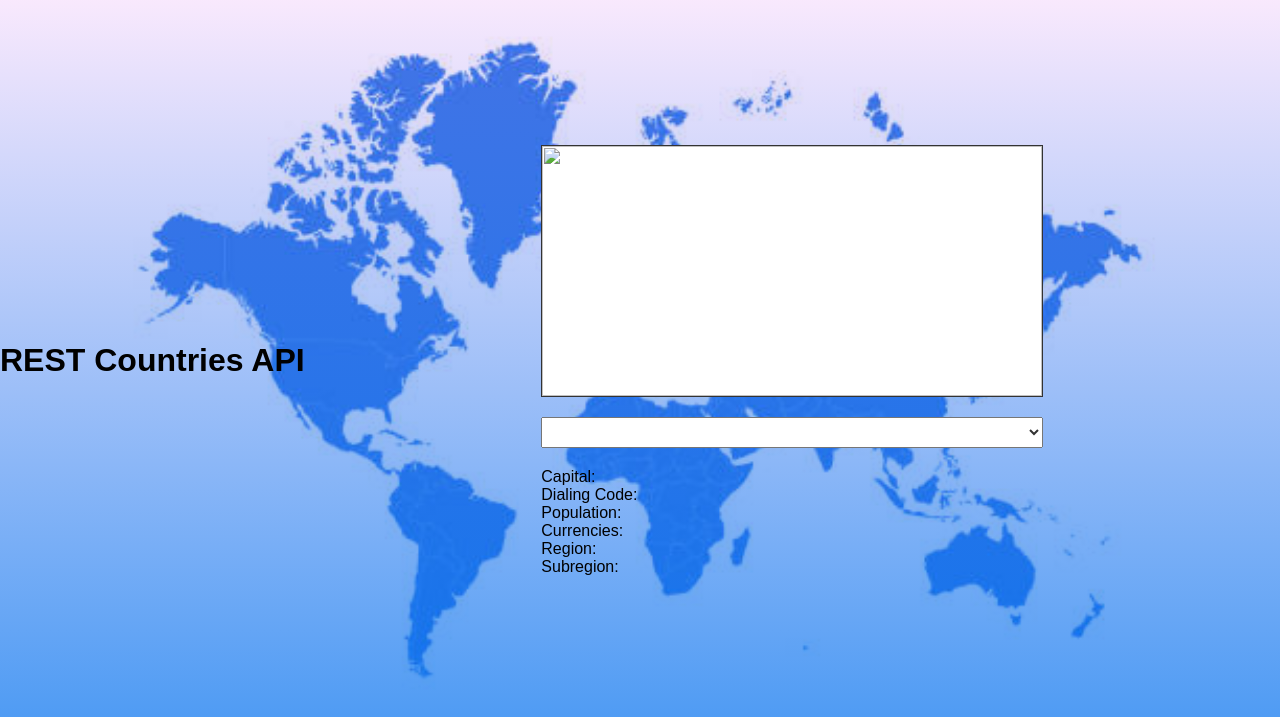
Repository: KhoaTran204/Rest-countries-api-app
Page: index.html
The author's editor kept a copy of each file at every save. The page is drawn from the files as they stood at one save, then again after the next save.
The browser window is 1280 px wide. The pictures show the whole page.
The page's requests for data from a server got no answer.

Above is the page before, as saved 2024-04-14 08:48:17.

After the next save:
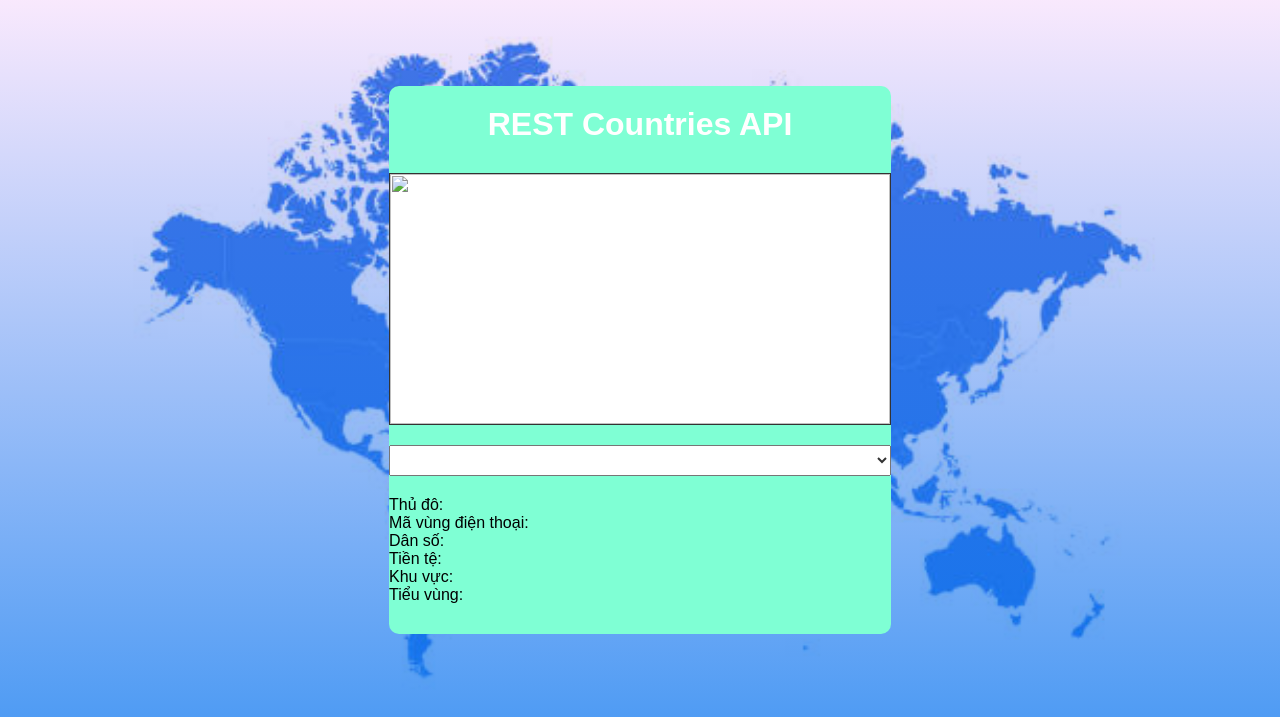
Saved 62 s later.
--- a/index.html
+++ b/index.html
@@ -7,19 +7,23 @@
     <title>Rest Countries API</title>
   </head>
   <body>
-    <h1>REST Countries API</h1>
-    <div id="main-container">
-      <div id="flag-container">
-        <img src="" alt="" />
-      </div>
-      <div id="info-container">
-        <select id="countries"></select>
-        <p>Capital: <span id="capital"></span></p>
-        <p>Dialing Code: <span id="dialing-code"></span></p>
-        <p>Population: <span id="population"></span></p>
-        <p>Currencies: <span id="currencies"></span></p>
-        <p>Region: <span id="region"></span></p>
-        <p>Subregion: <span id="subregion"></span></p>
+    <div class="container">
+      <h1>REST Countries API</h1>
+      <div id="main-container">
+        <div id="flag-container">
+          <img src="" alt="" />
+        </div>
+        <div id="info-container">
+          <select id="countries"></select>
+          <div class="info">
+            <p>Thủ đô: <span id="capital"></span></p>
+            <p>Mã vùng điện thoại: <span id="dialing-code"></span></p>
+            <p>Dân số: <span id="population"></span></p>
+            <p>Tiền tệ: <span id="currencies"></span></p>
+            <p>Khu vực: <span id="region"></span></p>
+            <p>Tiểu vùng: <span id="subregion"></span></p>
+          </div>
+        </div>
       </div>
     </div>
     <script src="app.js"></script>
